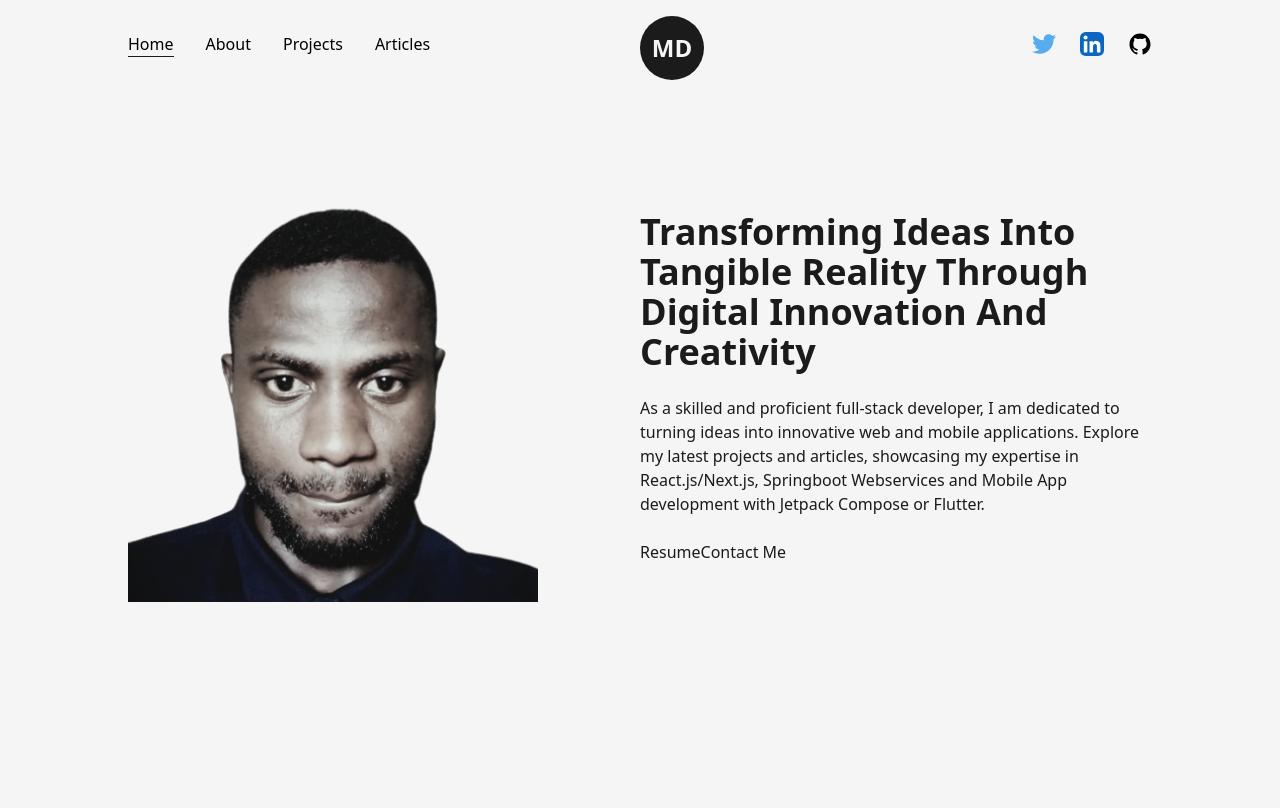
Repository: marcusdashe/situs
Page: /
The author's editor kept a copy of each file at every save. The page is drawn from the files as they stood at one save, then again after the next save.
The browser window is 1280 px wide. The pictures show the whole page.
The project was rebuilt for these pictures with package versions that can differ from the ones it lists, and the page was loaded fresh each time. The framework's server and built-in components were replaced by stand-ins that run in the browser.

Above is the page before, as saved 2023-06-15 18:40:11.

After the next save:
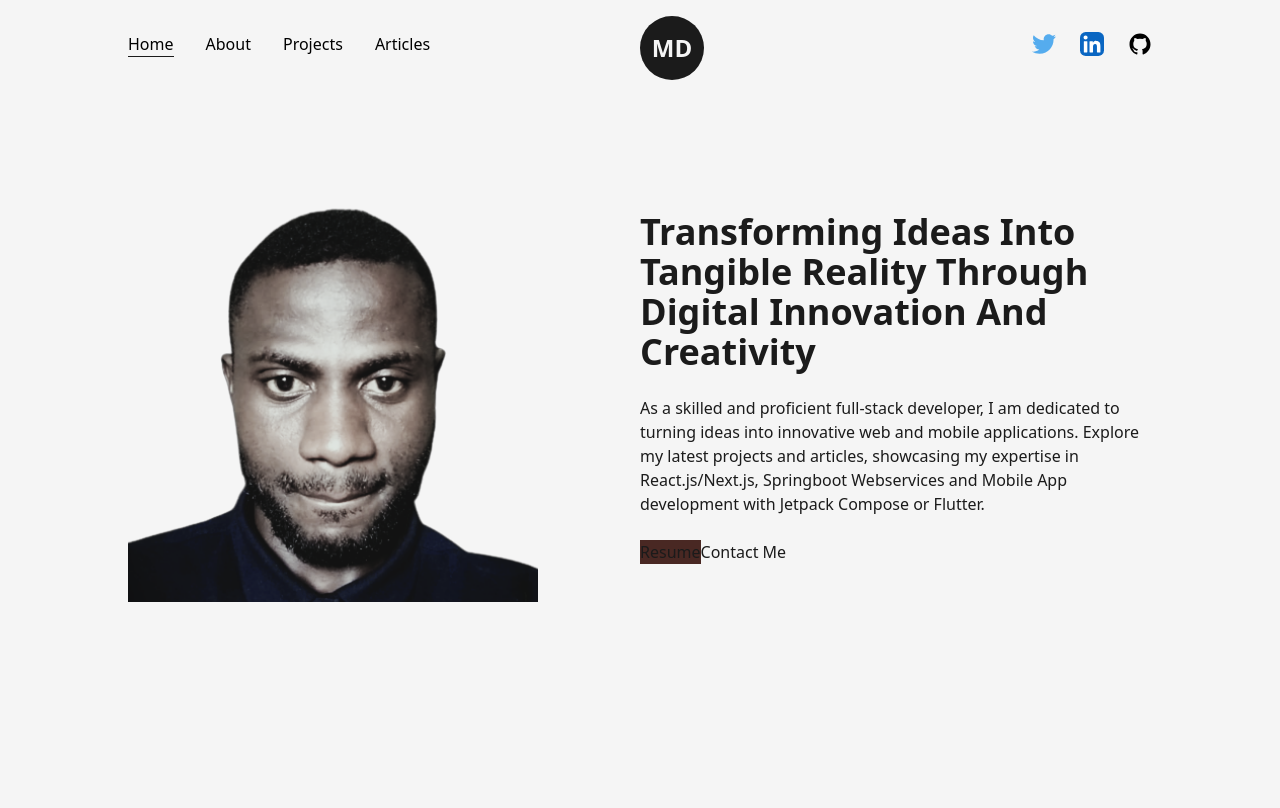
Saved 36 s later.
--- a/src/pages/index.js
+++ b/src/pages/index.js
@@ -42,7 +42,7 @@ export default function Home() {
                 <Link
                   href="/MarcusDasheResume.pdf"
                   target={"_blank"}
-                  className="flex items-center bg- "
+                  className="flex items-center bg-primaryDark "
                 >
                   Resume
                 </Link>
